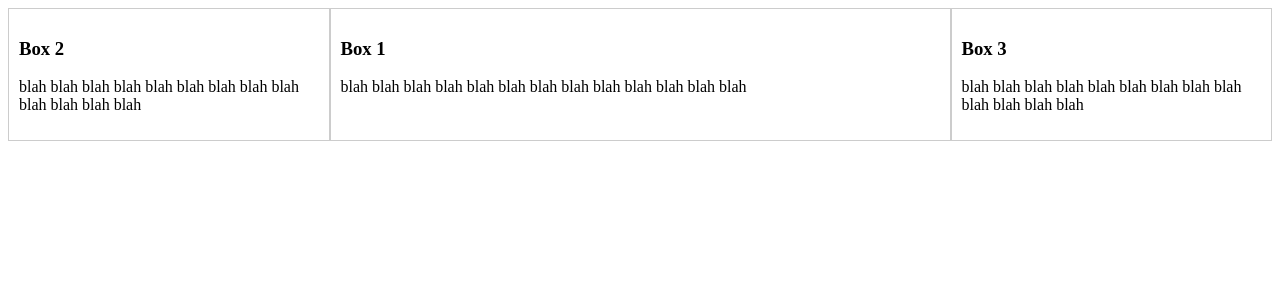
Repository: SHH17HX0r/final-project-10-20
Page: Tom Prigg Dev Portofolio/flex.html
An editor plug-in stored every save of this project. The page is shown before and after the next save, followed by the edit.
The browser window is 1280 px wide. The pictures show the whole page.

Above is the page before, as saved 2020-11-17 01:03:11.

After the next save:
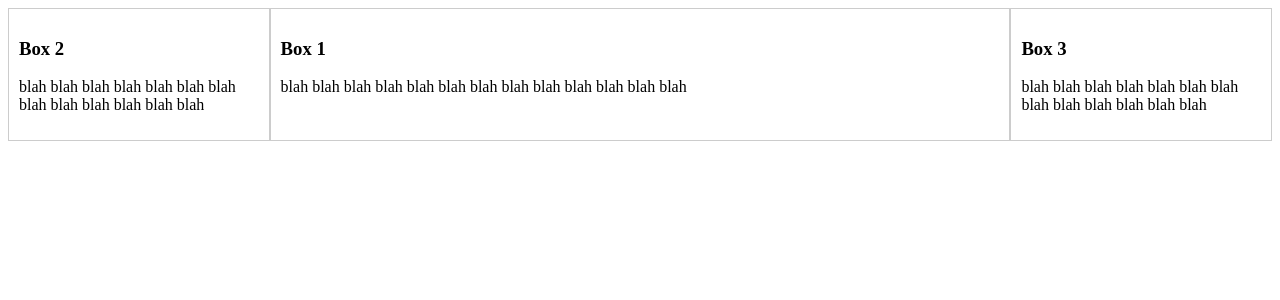
Saved 17 s later.
--- a/Tom Prigg Dev Portofolio/flex.html
+++ b/Tom Prigg Dev Portofolio/flex.html
@@ -15,7 +15,7 @@
         padding: 10px;
       }
       .box-1 {
-        flex: 2;
+        flex: 3;
         order: 2;
       }
       .box-2 {
